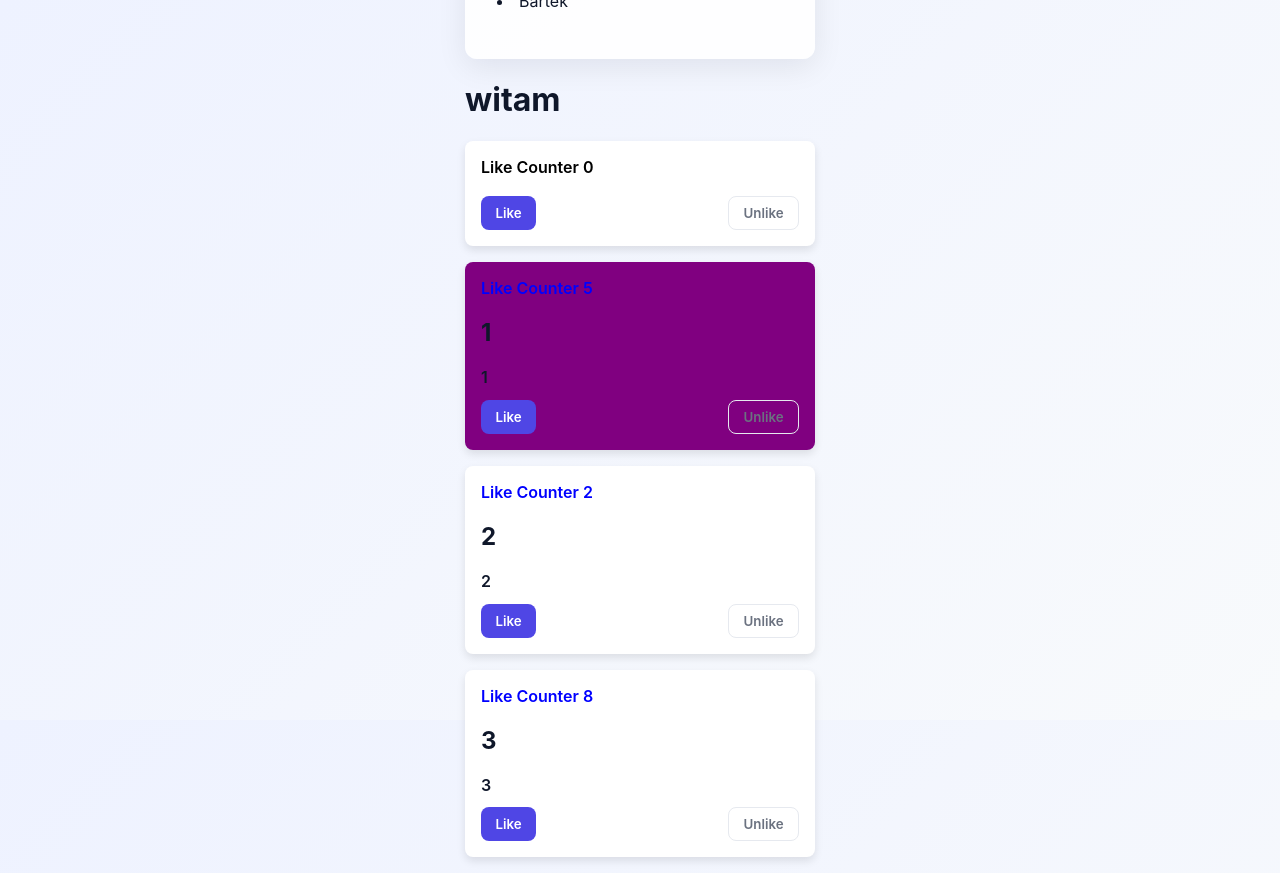
Repository: KrystianTrzy/reactapt
Page: /
These files come from the project's save history. The page is drawn as it stood at one moment and after a run of saves; the edit follows.
The browser window is 1280 px wide. The pictures show the whole page.
The project was rebuilt for these pictures with package versions that can differ from the ones it lists, and the page was loaded fresh each time.

Above is the page before, as saved 2025-11-22 09:42:29.

After the next 2 saves:
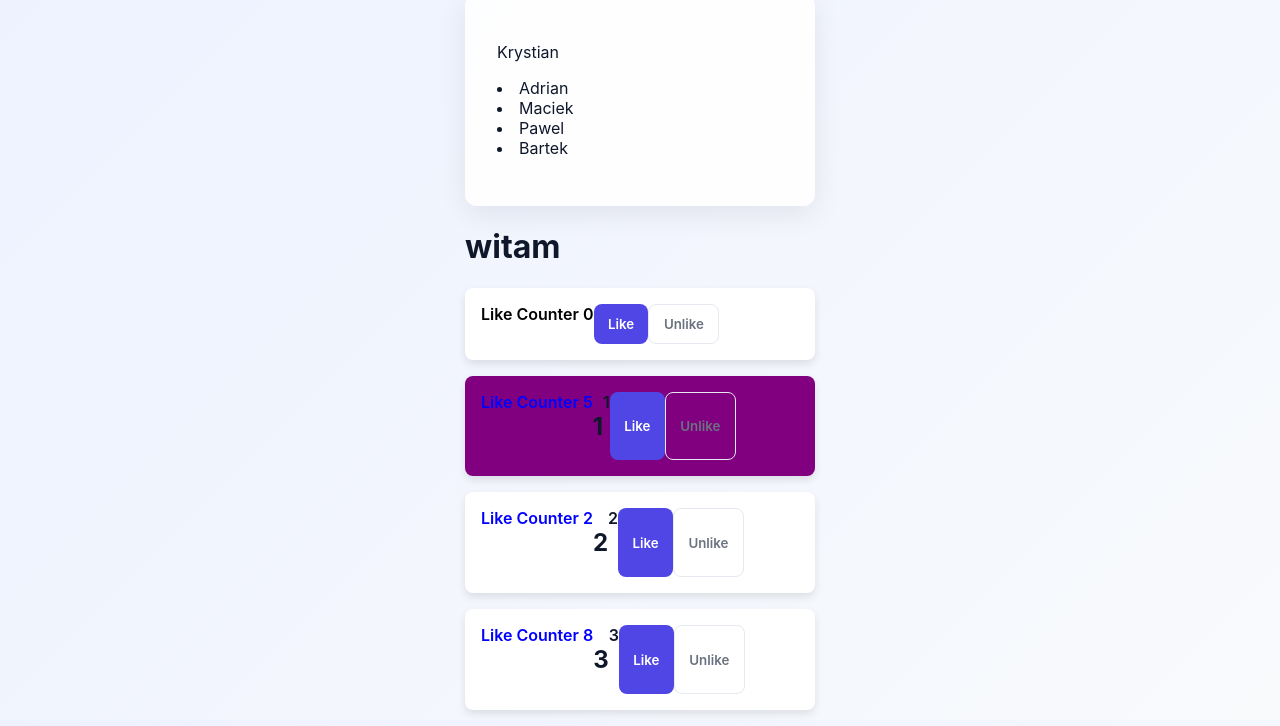
The 2 saves are shown as one change because they came seconds apart.
The last was saved 7 s later.
--- a/src/components/App/LikeCounter/LikeCounter.css
+++ b/src/components/App/LikeCounter/LikeCounter.css
@@ -6,7 +6,7 @@
     background: var(--card);
     margin: 1rem auto;
     color: #0f172a;
-    display: block;
+    display: flex;
 }
 
 .actions {

After the 5 saves that followed:
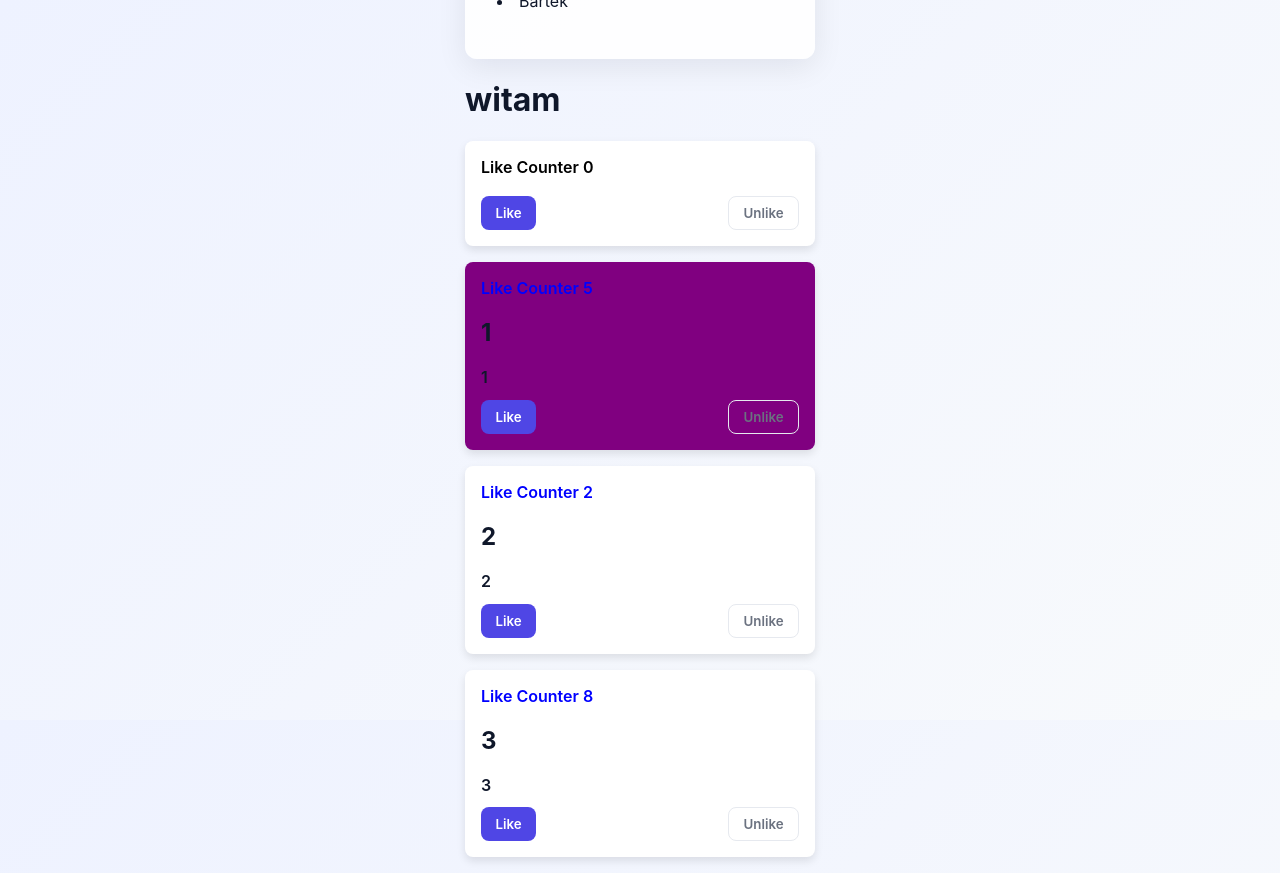
The 5 saves are shown as one change because they came seconds apart.
The last was saved 11 s later.
--- a/src/components/App/LikeCounter/LikeCounter.css
+++ b/src/components/App/LikeCounter/LikeCounter.css
@@ -6,8 +6,8 @@
     background: var(--card);
     margin: 1rem auto;
     color: #0f172a;
-    display: flex;
 }
+
 
 .actions {
     display: flex;
